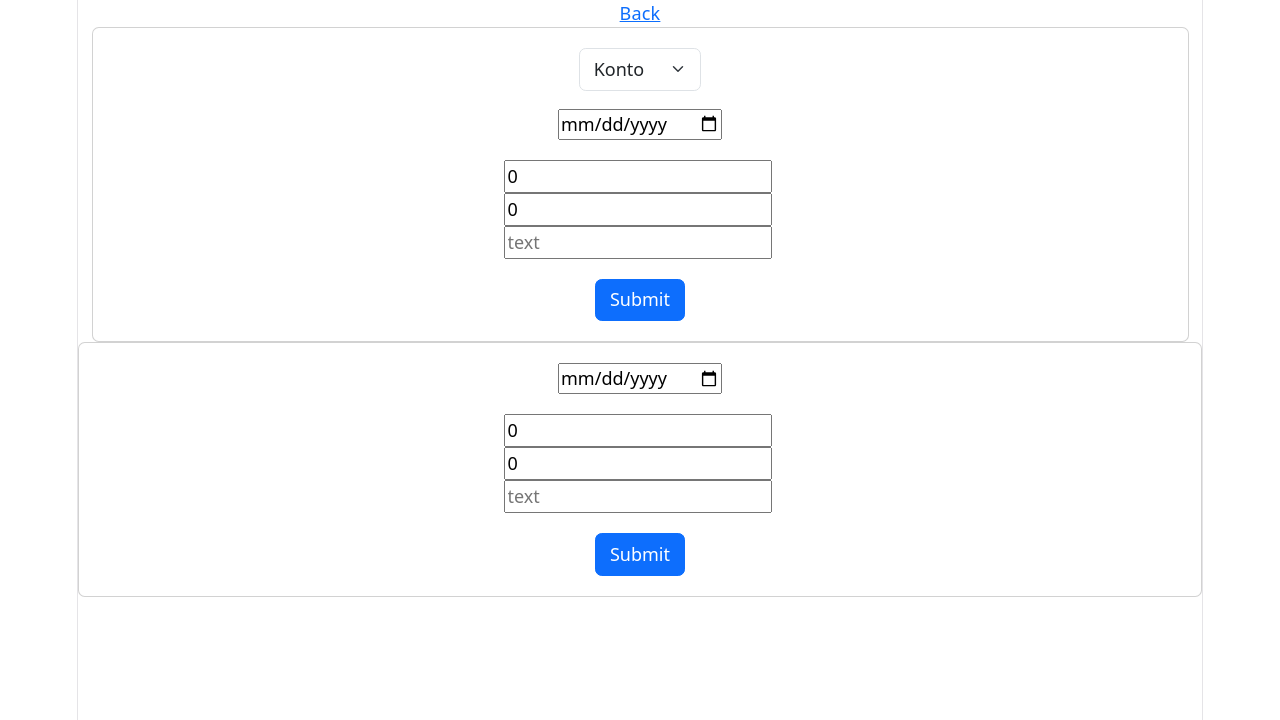
Repository: supply24/kidsaccount
Page: /action
These files come from the project's save history. The page is drawn as it stood at one moment and after the next save; the edit follows.
The browser window is 1280 px wide. The pictures show the whole page.
The page's requests for data from a server got no answer. The project was rebuilt for these pictures with package versions that can differ from the ones it lists, and the page was loaded fresh each time. No one was signed in, and anything a server would have sent is missing. Also part of the build but not shown: vite.config.js, src/App.css, src/App.jsx, src/Homing.jsx, src/Emilia.jsx, src/Alexander.jsx.

Above is the page before, as saved 2026-08-01 12:10:55.

### index.html
<!doctype html>
<html lang="en">
  <head>
    <meta charset="UTF-8" />
    <link rel="icon" type="image/svg+xml" href="/favicon.svg" />
    <meta name="viewport" content="width=device-width, initial-scale=1.0" />
    <title>accounter</title>
    <link
  rel="stylesheet"
  href="https://cdn.jsdelivr.net/npm/bootstrap@5.3.5/dist/css/bootstrap.min.css"
  integrity="sha384-SgOJa3DmI69IUzQ2PVdRZhwQ+dy64/BUtbMJw1MZ8t5HZApcHrRKUc4W0kG879m7"
  crossorigin="anonymous"
/>
  </head>
  <body>
    <div id="root"></div>
    <script type="module" src="/src/main.jsx"></script>
  </body>
</html>

### src/main.jsx
import { StrictMode } from 'react'
import { createRoot } from 'react-dom/client'
import { createBrowserRouter, RouterProvider } from 'react-router-dom'
import './index.css'
import App from './App.jsx'
import Homing from "./Homing.jsx"
import Actions from "./Actions.jsx"
import Emilia from "./Emilia.jsx"
import Alexander from "./Alexander.jsx"

const router = createBrowserRouter ([
{path:"/",
  element:<Homing/>
}  ,
{path:"/action",
  element:<Actions/>
},
{path:"/emlia",
  element:<Emilia/>
},
{path:"/alex",
  element:<Alexander/>
}
])

createRoot(document.getElementById('root')).render(
  <StrictMode>
    <RouterProvider router={router}/>
  </StrictMode>,
)

### src/index.css
:root {
  --text: #6b6375;
  --text-h: #08060d;
  --bg: #fff;
  --border: #e5e4e7;
  --code-bg: #f4f3ec;
  --accent: #aa3bff;
  --accent-bg: rgba(170, 59, 255, 0.1);
  --accent-border: rgba(170, 59, 255, 0.5);
  --social-bg: rgba(244, 243, 236, 0.5);
  --shadow:
    rgba(0, 0, 0, 0.1) 0 10px 15px -3px, rgba(0, 0, 0, 0.05) 0 4px 6px -2px;

  --sans: system-ui, 'Segoe UI', Roboto, sans-serif;
  --heading: system-ui, 'Segoe UI', Roboto, sans-serif;
  --mono: ui-monospace, Consolas, monospace;

  font: 18px/145% var(--sans);
  letter-spacing: 0.18px;
  color-scheme: light dark;
  color: var(--text);
  background: var(--bg);
  font-synthesis: none;
  text-rendering: optimizeLegibility;
  -webkit-font-smoothing: antialiased;
  -moz-osx-font-smoothing: grayscale;

  @media (max-width: 1024px) {
    font-size: 16px;
  }
}

@media (prefers-color-scheme: dark) {
  :root {
    --text: #9ca3af;
    --text-h: #f3f4f6;
    --bg: #16171d;
    --border: #2e303a;
    --code-bg: #1f2028;
    --accent: #c084fc;
    --accent-bg: rgba(192, 132, 252, 0.15);
    --accent-border: rgba(192, 132, 252, 0.5);
    --social-bg: rgba(47, 48, 58, 0.5);
    --shadow:
      rgba(0, 0, 0, 0.4) 0 10px 15px -3px, rgba(0, 0, 0, 0.25) 0 4px 6px -2px;
  }

  #social .button-icon {
    filter: invert(1) brightness(2);
  }
}

body {
  margin: 0;
}

#root {
  width: 1126px;
  max-width: 100%;
  margin: 0 auto;
  text-align: center;
  border-inline: 1px solid var(--border);
  min-height: 100svh;
  display: flex;
  flex-direction: column;
  box-sizing: border-box;
}

h1,
h2 {
  font-family: var(--heading);
  font-weight: 500;
  color: var(--text-h);
}

h1 {
  font-size: 56px;
  letter-spacing: -1.68px;
  margin: 32px 0;
  @media (max-width: 1024px) {
    font-size: 36px;
    margin: 20px 0;
  }
}
h2 {
  font-size: 24px;
  line-height: 118%;
  letter-spacing: -0.24px;
  margin: 0 0 8px;
  @media (max-width: 1024px) {
    font-size: 20px;
  }
}
p {
  margin: 0;
}

code,
.counter {
  font-family: var(--mono);
  display: inline-flex;
  border-radius: 4px;
  color: var(--text-h);
}

code {
  font-size: 15px;
  line-height: 135%;
  padding: 4px 8px;
  background: var(--code-bg);
}

### src/Actions.jsx
import React, {useEffect, useState} from 'react'
import {Col, Row, Button, Form, Container, Card} from "react-bootstrap"
import { createClient } from "@supabase/supabase-js"
import {supabase} from "./data/Export/Supabase.jsx"
import number from "./data/Export/Numbers.jsx"
import {Link} from "react-router-dom"

const Actions = () => {
  const [konto, setKonto]=useState("")
  const [numbers, setNumbers]=useState("")
  const [datetime, setDatetime]=useState("")
  const [kredit, setKredit]=useState(0)
  const [debet, setDebet]=useState(0)
  const [kontox, setKontox]=useState("")
  const [accounter, setAccounter]=useState("")
  const [texting, setTexting]=useState("")
 // const [ setSumx ]=useState("")

  const handleNumbers =(e)=>{
    setNumbers(e.target.value)
  }

  const handleDatetime=(e)=>{
    setDatetime(e.target.value)
      }

      const handleKredit = (e)=>{
        setKredit(e.target.value)
      }
      const handleDebet = (e)=>{
        setDebet(e.target.value)
      }

      const handleKontox = (e)=>{
        setKontox(e.target.value)
      }
      const handleSumx = (e)=>{
        setSumx(e.target.value)
      }
      const handleTexting = (e)=>{
        setTexting(e.target.value)
      }


          useEffect(()=>{
        getCounts()
      },[]
      )

      const payload= [{
    konto :{ kredit, debet, kontox}, datetime, texting
               }]
      const handleSubmit=async(e)=>{
        e.preventDefault()
          const {data, error} = await supabase.from("Accounting").insert(payload);
          if(error)
            console.error("error yes", error)
            else{
              console.error("konto info", data)
      }}

      const payload1 = [{
        konto1 :{ kredit, debet, kontox}, datetime, texting
                   }]
      const handleSubmit1=async(e)=>{
        e.preventDefault()
          const {data, error} = await supabase.from("Accounting").insert(payload1);
          if(error)
            console.error("error yes", error)
            else{
              console.error("konto info", data)
      }}



      async function getCounts(){
        const {data, error} = await supabase.from("Accounting").select("*")
        setAccounter(data)
        console.log("konton hämtade", data ? data: "no fetch")
      }

      function Break () {
        return (
          <div style={{marginTop:"20px"}}></div>)
      }



  return (
    <div>
      <Link to="/">Back</Link>

        <Container>
          <Card>
            <Form onSubmit={handleSubmit}>
              <Col md={4} className="mx-auto" style={{marginTop:"20px"}}>

<Col align="center" md={4} className="mx-auto" style={{marginTop:"20px"}}>
<Form.Group className="mb-3" controlId="formBasicEmail">
  <Form.Select type ="dropdown" onChange={(e)=>setKontox(e.target.value)}>
    <option value={kontox}>Konto</option>
    {number.map((account)=>(
      <option key={account.id}>{account.kontox}</option>
    ))}
  </Form.Select>
</Form.Group>
</Col>
<input type="date" value={datetime} onChange={handleDatetime} /><Break/>
<input type="number" value={kredit} onChange={handleKredit} placeholder='kredit'/>&nbsp;
<input type="number" value={debet} onChange={handleDebet} placeholder='debet'/>&nbsp;
<input type="text" value={texting} onChange={handleTexting} placeholder='text'/>&nbsp;

<Col align="center" md  ={4} className="mx-auto" style={{marginTop:"20px"}}>
  </Col>
  </Col>
  <Button type="submit" style={{marginBottom:20}}>Submit</Button>
</Form>
 </Card>
 </Container>
 <Row>
 <Container>
      <Card>
        <Form onSubmit={handleSubmit1}>
          <Col md={4} className="mx-auto" style={{marginTop:"20px"}}>

<input type="date" value={datetime} onChange={handleDatetime} /><Break/>
<input type="number" value={kredit} onChange={handleKredit} placeholder='kredit'/>&nbsp;
<input type="number" value={debet} onChange={handleDebet} placeholder='debet'/>&nbsp;
<input type="text" value={texting} onChange={handleTexting} placeholder='text'/>&nbsp;

<Col align="center" md  ={4} className="mx-auto" style={{marginTop:"20px"}}>
  </Col>
  </Col>
  <Button variant="primary" type="submit" style={{marginBottom:20}}>Submit</Button>
</Form>
      </Card>
    </Container>


  </Row>
          </div>
  )
}

export default Actions

### src/data/Export/Supabase.jsx
import React from "react";
import {createClient} from '@supabase/supabase-js'

/*
const supabaseUrl = 'https://rfzavnmxfanengjuapns.supabase.co'
//const supabaseKey = process.env.SUPABASE_KEY
const supabaseKey= "eyJhbGciOiJIUzI1NiIsInR5cCI6IkpXVCJ9.eyJpc3MiOiJzdXBhYmFzZSIsInJlZiI6InJmemF2bm14ZmFuZW5nanVhcG5zIiwicm9sZSI6ImFub24iLCJpYXQiOjE3ODQ3NzUzMzMsImV4cCI6MjEwMDM1MTMzM30.uY-HxfNB9RcQpFpu75w03NXVAMYMurzfTEnpVtIfYG8"
const supabase = createClient(supabaseUrl, supabaseKey)
*/

export const supabase = createClient(
    import.meta.env.VITE_SUPABASE_URL,
    import.meta.env.VITE_SUPABASE_PUBLISHABLE_DEFAULT_KEY
)

### src/data/Export/Numbers.jsx
const number = [
    {id:"101", kontox:"128", debet:"", kredit:""},
    {id:"201", kontox:"199",  debet:"", kredit:""},
       {id:"301", kontox:"112",  debet:"", kredit:""},
           {id:"501", kontox:"562",  debet:"", kredit:""},
           {id:"601", kontox:"891",  debet:"", kredit:""}
]

export default number

After the next save:
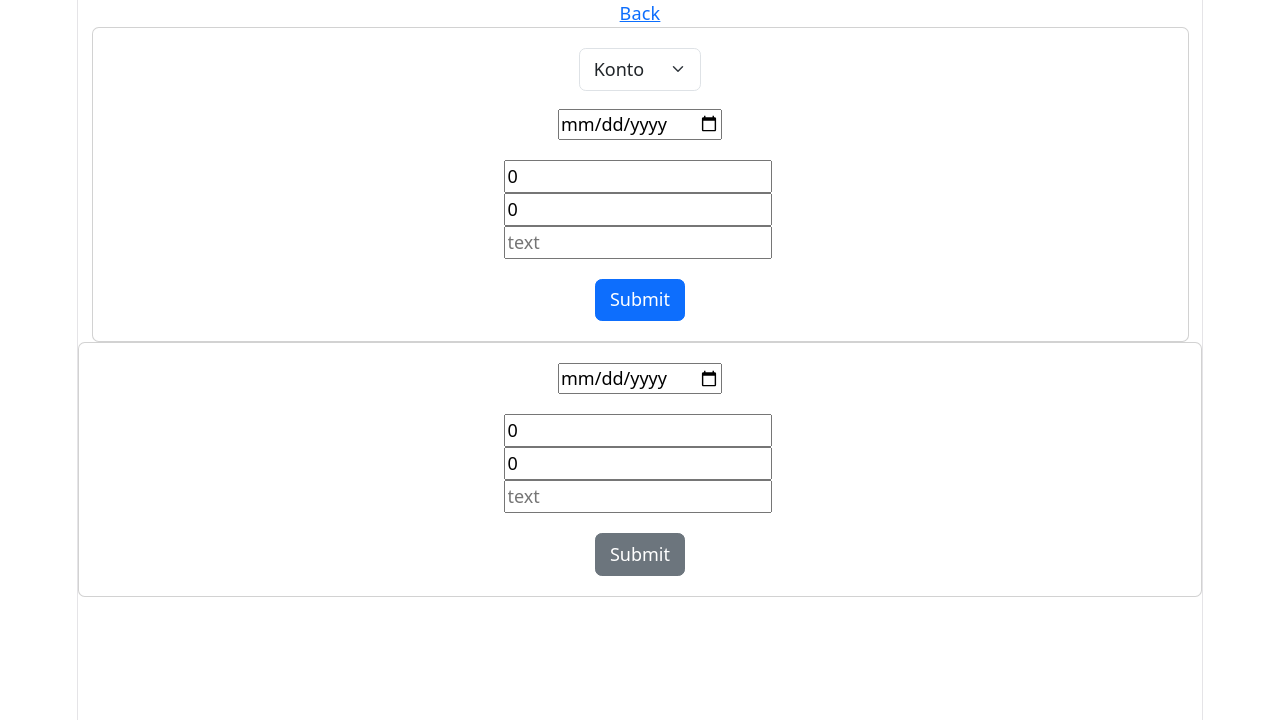
Saved 8 s later.
--- a/src/Actions.jsx
+++ b/src/Actions.jsx
@@ -131,7 +131,7 @@ const Actions = () => {
 <Col align="center" md  ={4} className="mx-auto" style={{marginTop:"20px"}}>
   </Col>
   </Col>
-  <Button variant="primary" type="submit" style={{marginBottom:20}}>Submit</Button>
+  <Button variant="secondary" type="submit" style={{marginBottom:20}}>Submit</Button>
 </Form>
       </Card>
     </Container>
